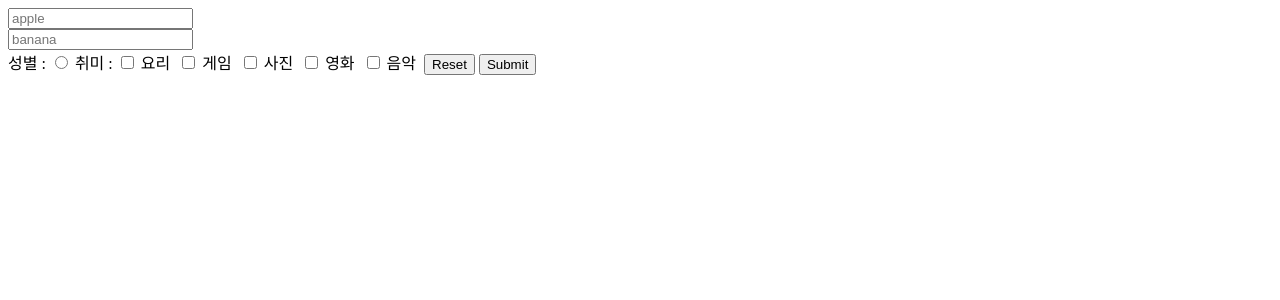
Repository: mickey530/jsp_practice
Page: http://localhost/JSPBasic/JspObject/1.requests/req_param_send.jsp
An editor plug-in stored every save of this project. The page is shown before and after the next save, followed by the edit.
The browser window is 1280 px wide. The pictures show the whole page.
The page is served by Tomcat 9.

Above is the page before, as saved 2022-02-03 06:08:21.

### JSPBasic/src/main/webapp/JspObject/1.requests/req_param_send.jsp
<%@ page language="java" contentType="text/html; charset=UTF-8"
    pageEncoding="UTF-8"%>
<!DOCTYPE html>
<html>
<head>
<meta charset="UTF-8">
<title>Insert title here</title>
</head>
<body>
<%-- 아래에 form을 만들고 내부에 input 4개를 만들어주세요.
input 태그의 type속성은 하나는 text, 하나는 password
name 속성은 하나는 apple, 하나는 banana로 해 주세요.
reset버튼과 submit버튼도 각각 하나씩 만들어주세요.

form의 action이 바로 목적지를 적는 부분임.
웹개발에서는 받을 페이지 화면의 주소를 적어줍니다. --%>

<form action="req_param_getpost.jsp" method="get">
	<input type="text" name="apple" placeholder="apple" /><br/>
	<input type="password" name="banana" placeholder="banana" /><br/>

	성별 :
	<input type="radio" value="남" value="여">

	취미 :
	<input type="checkbox" name="hobby"> 요리&nbsp;
	<input type="checkbox" name="hobby"> 게임&nbsp;
	<input type="checkbox" name="hobby"> 사진&nbsp;
	<input type="checkbox" name="hobby"> 영화&nbsp;
	<input type="checkbox" name="hobby"> 음악&nbsp;

	<input type="reset" />
	<input type="submit" />
</form>
</body>
</html>

After the next save:
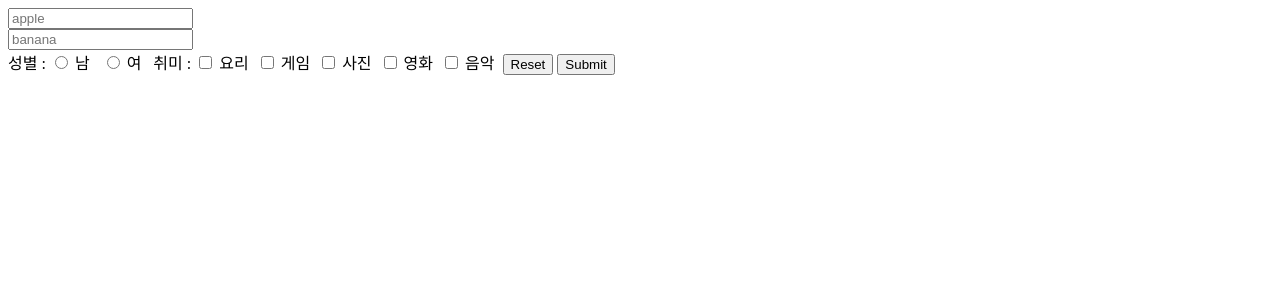
Saved 56 s later.
--- a/JSPBasic/src/main/webapp/JspObject/1.requests/req_param_send.jsp
+++ b/JSPBasic/src/main/webapp/JspObject/1.requests/req_param_send.jsp
@@ -20,7 +20,8 @@ form의 action이 바로 목적지를 적는 부분임.
 	<input type="password" name="banana" placeholder="banana" /><br/>
 
 	성별 :
-	<input type="radio" value="남" value="여">
+	<input type="radio" name="gender"> 남 &nbsp;
+	<input type="radio" name="gender"> 여 &nbsp;
 
 	취미 :
 	<input type="checkbox" name="hobby"> 요리&nbsp;
